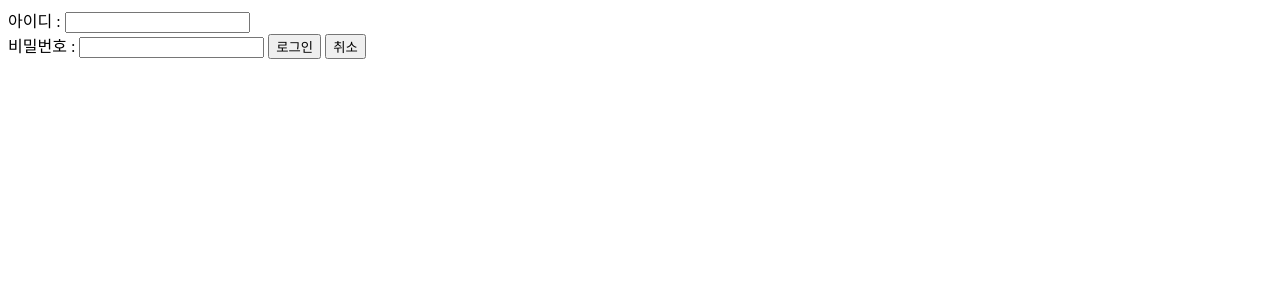
Repository: gyungmean/2020_2_webProgramming
Page: http://localhost/week9/Practice26/session_01.jsp
An editor plug-in stored every save of this project. The page is shown before and after the next save, followed by the edit.
The browser window is 1280 px wide. The pictures show the whole page.
The page is served by Tomcat 9.

Above is the page before, as saved 2020-11-09 10:10:28.

### week9/week9/WebContent/Practice26/session_01.jsp
<%--컴퓨터학과 20190941 김경민 --%>
<%--최적 실행화면 : Chrome browser --%>
<%@ page language="java" contentType="text/html; charset=UTF-8"
    pageEncoding="UTF-8"%>
<!DOCTYPE html>
<html>
<head>
<meta charset="UTF-8">
<title>Session Object 01</title>
</head>
<body>
	<form method="post" action="session_02.jsp">
	아이디 : <input type="text" name="username"><br>
	비밀번호 : <input type="text" name="passwd">
	<input type="submit" value="로그인"> <input type="button" value="취소">
	</form>
</body>
</html>

After the next save:
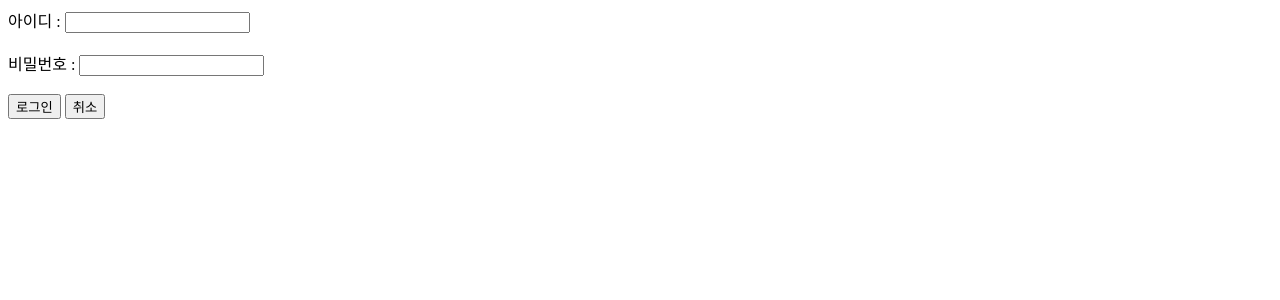
Saved 17 s later.
--- a/week9/week9/WebContent/Practice26/session_01.jsp
+++ b/week9/week9/WebContent/Practice26/session_01.jsp
@@ -10,8 +10,8 @@
 </head>
 <body>
 	<form method="post" action="session_02.jsp">
-	아이디 : <input type="text" name="username"><br>
-	비밀번호 : <input type="text" name="passwd">
+	아이디 : <input type="text" name="username"><br><br>
+	비밀번호 : <input type="text" name="passwd"><br><br>
 	<input type="submit" value="로그인"> <input type="button" value="취소">
 	</form>
 </body>
